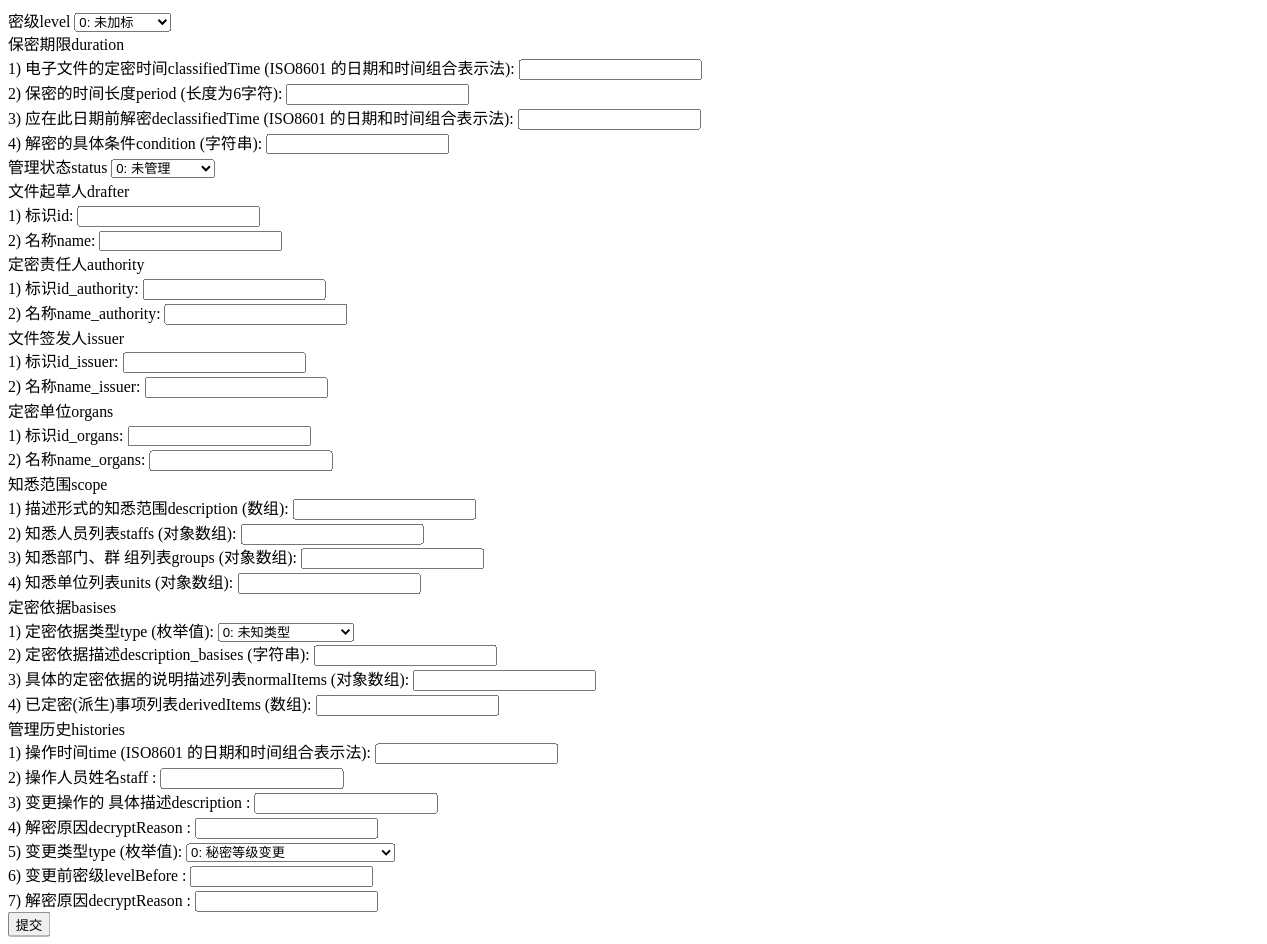
Repository: karlinglee93/eclipse-workspace
Page: jsp_test/WebContent/test.html
These files come from the project's save history. The page is drawn as it stood at one moment and after the next save; the edit follows.
The browser window is 1280 px wide. The pictures show the whole page, at 99% of full size.

Above is the page before, as saved 2018-07-04 08:52:30.

### jsp_test/WebContent/test.html
<!DOCTYPE html>
<html>
<head>
<meta charset="utf-8">
<title>Label</title>
</head>
<body>

<form action="main.jsp" method="GET">
密级level
<select name="level">
<option value="0">0: 未加标</option>
<option value="10">10: 国密公开</option>
<option value="11">11: 商密公开</option>
<option value="20">20: 国密内部</option>
<option value="21">21: 商密内部</option>
<option value="50">50: 普通商密</option>
<option value="80">80: 核心商密</option>
<option value="120">120: 秘密</option>
<option value="150">150: 机密</option>
<option value="180">180: 绝密</option>
</select>
<br />

保密期限duration
<!--不足之处：
	1）ISO8601 的日期和时间组合表示法必须人工手打；
	2）period 和declassifiedTime 之间应该存在一定的逻辑关系；
	3）condition 和其他关键字也应该存在逻辑关系。  -->
<br />
1) 电子文件的定密时间classifiedTime (ISO8601 的日期和时间组合表示法):
<input type="text" name="classifiedTime" />
<br />
2) 保密的时间长度period (长度为6字符):
<input type="text" name="period" />
<br />
3) 应在此日期前解密declassifiedTime (ISO8601 的日期和时间组合表示法):
<input type="text" name="declassifiedTime" />
<br />
4) 解密的具体条件condition (字符串):
<input type="text" name="condition" />
<br />

管理状态status
<select name="status">
<option value="0">0: 未管理</option>
<option value="20">20: 忽略</option>
<option value="50">50: 预定密</option>
<option value="80">80: 正式定密</option>
<option value="110">110: 文件签发</option>
<option value="140">140: 密级变更</option>
<option value="170">170: 文件解密</option>
</select>
<br />

文件起草人drafter
<br />
1) 标识id:
<input type="text" name="id" />
<br />
2) 名称name:
<input type="text" name="name" />
<br />

定密责任人authority
<br />
1) 标识id_authority:
<input type="text" name="id_authority" />
<br />
2) 名称name_authority:
<input type="text" name="name_authority" />
<br />

文件签发人issuer
<br />
1) 标识id_issuer:
<input type="text" name="id_issuer" />
<br />
2) 名称name_issuer:
<input type="text" name="name_issuer" />
<br />

定密单位organs
<!-- 对象数组 -->
<br />
1) 标识id_organs:
<input type="text" name="id_organs" />
<br />
2) 名称name_organs:
<input type="text" name="name_organs" />
<br />

知悉范围scope
<!-- 不足之处：
	1）staffs/groups/units 为对象数组，其中都包含id & name。
 -->
<br />
1) 描述形式的知悉范围description (数组):
<input type="text" name="description" />
<br />
2) 知悉人员列表staffs (对象数组):
<input type="text" name="staffs" />
<br />
3) 知悉部门、群 组列表groups (对象数组):
<input type="text" name="groups" />
<br />
4) 知悉单位列表units (对象数组):
<input type="text" name="units" />
<br />

定密依据basises
<!-- 不足之处：
	1）normalItems 中包含id/name/level/duration/scope/keys。
 -->
<br />
1) 定密依据类型type (枚举值):
<select name="type">
<option value="0">0: 未知类型</option>
<option value="10">10: 确定性定密事项</option>
<option value="50">50: 不明确事项</option>
<option value="90">90: 无权定密事项</option>
<option value="130">130: 派生定密事项</option>
</select>
<br />
2) 定密依据描述description_basises (字符串):
<input type="text" name="description_basises" />
<br />
3) 具体的定密依据的说明描述列表normalItems (对象数组):
<input type="text" name="normalItems" />
<br />
4) 已定密(派生)事项列表derivedItems (数组):
<input type="text" name="derivedItems" />
<br />

管理历史histories
<!-- 不足之处：
	1）normalItems 中包含id/name/level/duration/scope/keys。
 -->
<br />
1) 操作时间time (ISO8601 的日期和时间组合表示法):
<input type="text" name="time" />
<br />
2) 操作人员姓名staff :
<input type="text" name="staff" />
<br />
3) 变更操作的 具体描述description :
<input type="text" name="description" />
<br />
4) 解密原因decryptReason :
<input type="text" name="decryptReason" />
<br />
5) 变更类型type (枚举值):
<select name="type">
<option value="0">0: 秘密等级变更</option>
<option value="1">1: 保密期限变更</option>
<option value="3">3: 秘密等级变更及保密期限变更</option>
</select>
<br />
6) 变更前密级levelBefore :
<input type="text" name="levelBefore" />
<br />
7) 解密原因decryptReason :
<input type="text" name="decryptReason" />
<br />

<input type="submit" value="提交" />
</form>
</body>
</html>

After the next save:
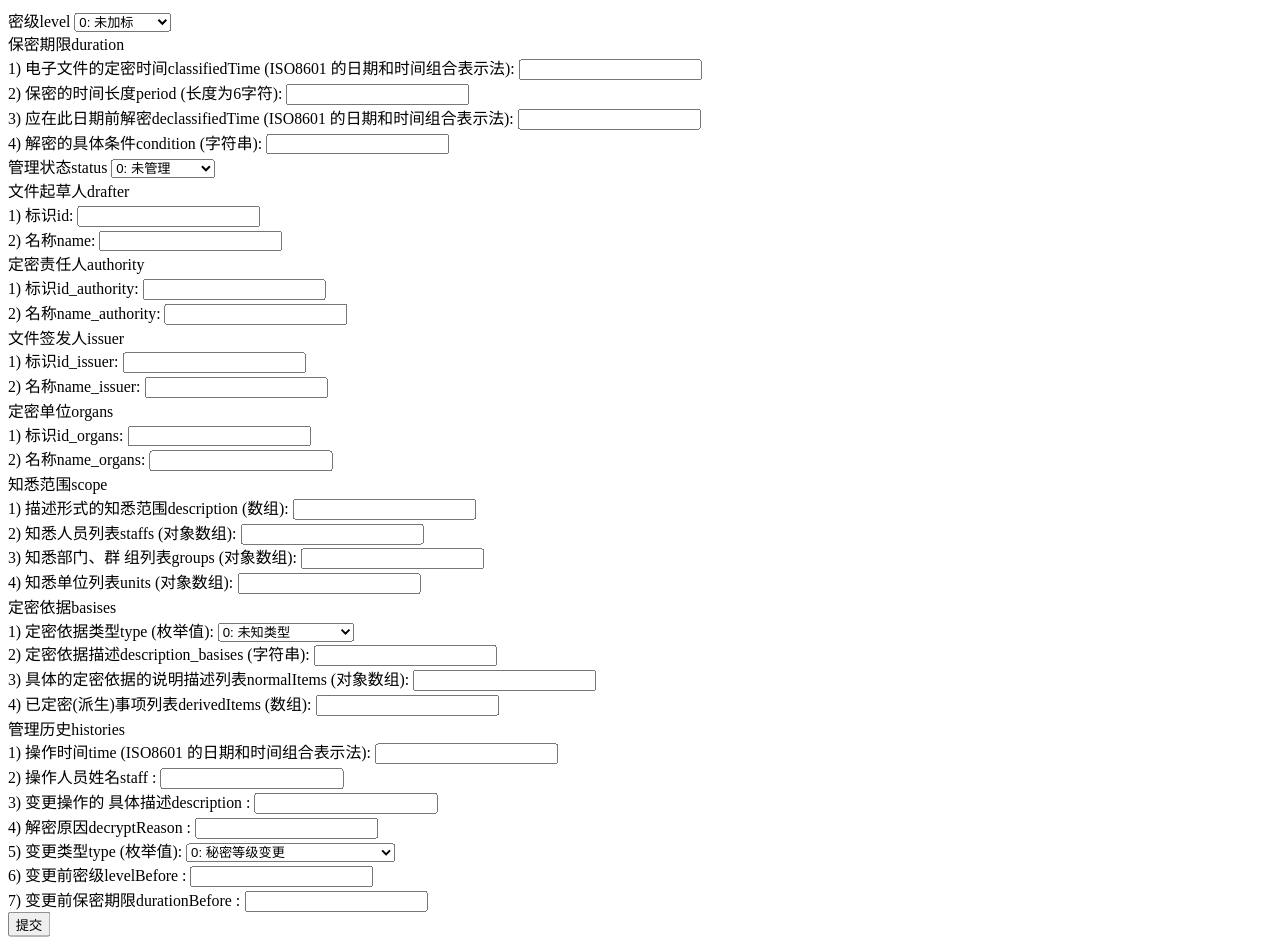
Saved 16 s later.
--- a/jsp_test/WebContent/test.html
+++ b/jsp_test/WebContent/test.html
@@ -159,7 +159,7 @@
 6) 变更前密级levelBefore :
 <input type="text" name="levelBefore" />
 <br />
-7) 解密原因decryptReason :
+7) 变更前保密期限durationBefore :
 <input type="text" name="decryptReason" />
 <br />
 
